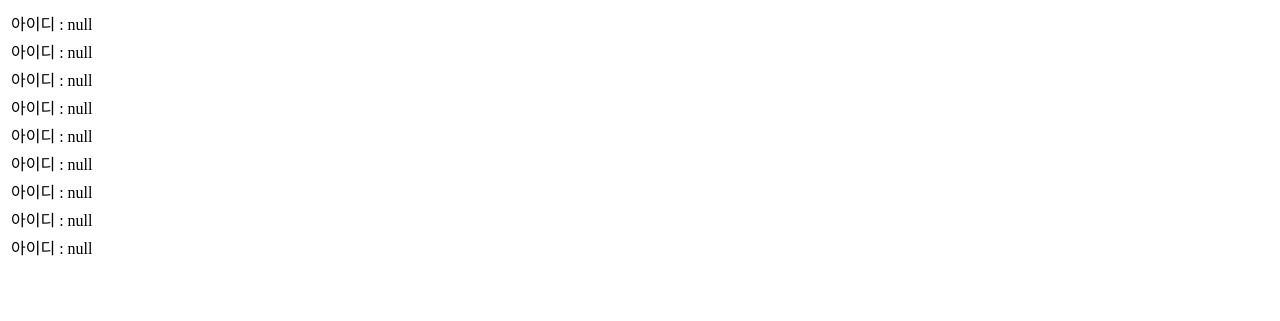
Repository: tldnwkd/jspclass2026
Page: http://localhost/chapter01/Request/RequestJoinProc.jsp
These files come from the project's save history. The page is drawn as it stood at one moment and after the next save; the edit follows.
The browser window is 1280 px wide. The pictures show the whole page.
The page is served by Tomcat 9.

Above is the page before, as saved 2026-10-19 07:20:18.

### chapter01/src/main/webapp/Request/RequestJoinProc.jsp
<%@ page language="java" contentType="text/html; charset=UTF-8"
    pageEncoding="UTF-8"%>
<!DOCTYPE html>
<html>
<head>
<meta charset="UTF-8">
<title>Insert title here</title>
</head>
<body>
	<%
		request.setCharacterEncoding("utf-8");

		String id = request.getParameter("id");
		String pass = request.getParameter("pass");
		String passchk = request.getParameter("passchk");
		String email = request.getParameter("email");
		String tel = request.getParameter("tel");
		String hobby[] = request.getParameterValues("hobby");
		String job = request.getParameter("job");
		String age = request.getParameter("age");
		String info = request.getParameter("info");
	%>
	<table>
		<tr>
			<td>아이디 : <%= id%></td>
		</tr>
		<tr>
			<td>아이디 : <%= pass%></td>
		</tr>
		<tr>
			<td>아이디 : <%= passchk%></td>
		</tr>
		<tr>
			<td>아이디 : <%= email%></td>
		</tr>
		<tr>
			<td>아이디 : <%= tel%></td>
		</tr>
		<tr>
			<td>아이디 : <%= hobby%></td>
		</tr>
		<tr>
			<td>아이디 : <%= job%></td>
		</tr>
		<tr>
			<td>아이디 : <%= age%></td>
		</tr>
		<tr>
			<td>아이디 : <%= info%></td>
		</tr>
	</table>
</body>
</html>

After the next save:
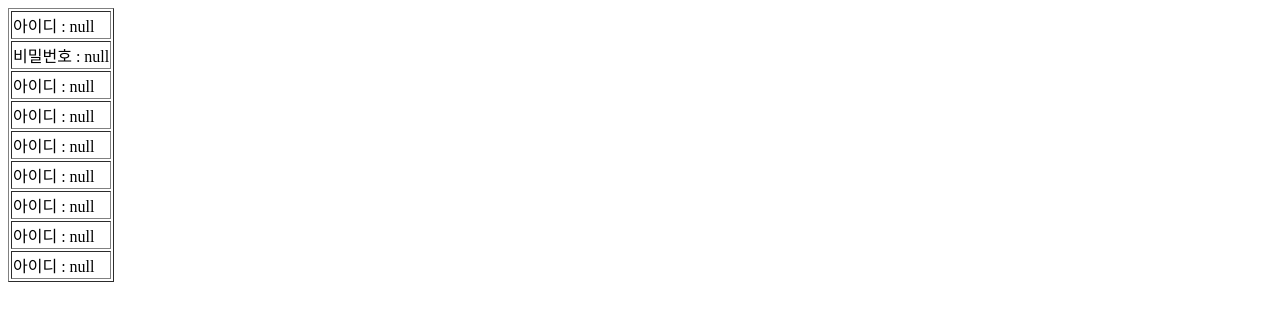
Saved 40 s later.
--- a/chapter01/src/main/webapp/Request/RequestJoinProc.jsp
+++ b/chapter01/src/main/webapp/Request/RequestJoinProc.jsp
@@ -20,12 +20,12 @@
 		String age = request.getParameter("age");
 		String info = request.getParameter("info");
 	%>
-	<table>
+	<table border="1">
 		<tr>
 			<td>아이디 : <%= id%></td>
 		</tr>
 		<tr>
-			<td>아이디 : <%= pass%></td>
+			<td>비밀번호 : <%= pass%></td>
 		</tr>
 		<tr>
 			<td>아이디 : <%= passchk%></td>
